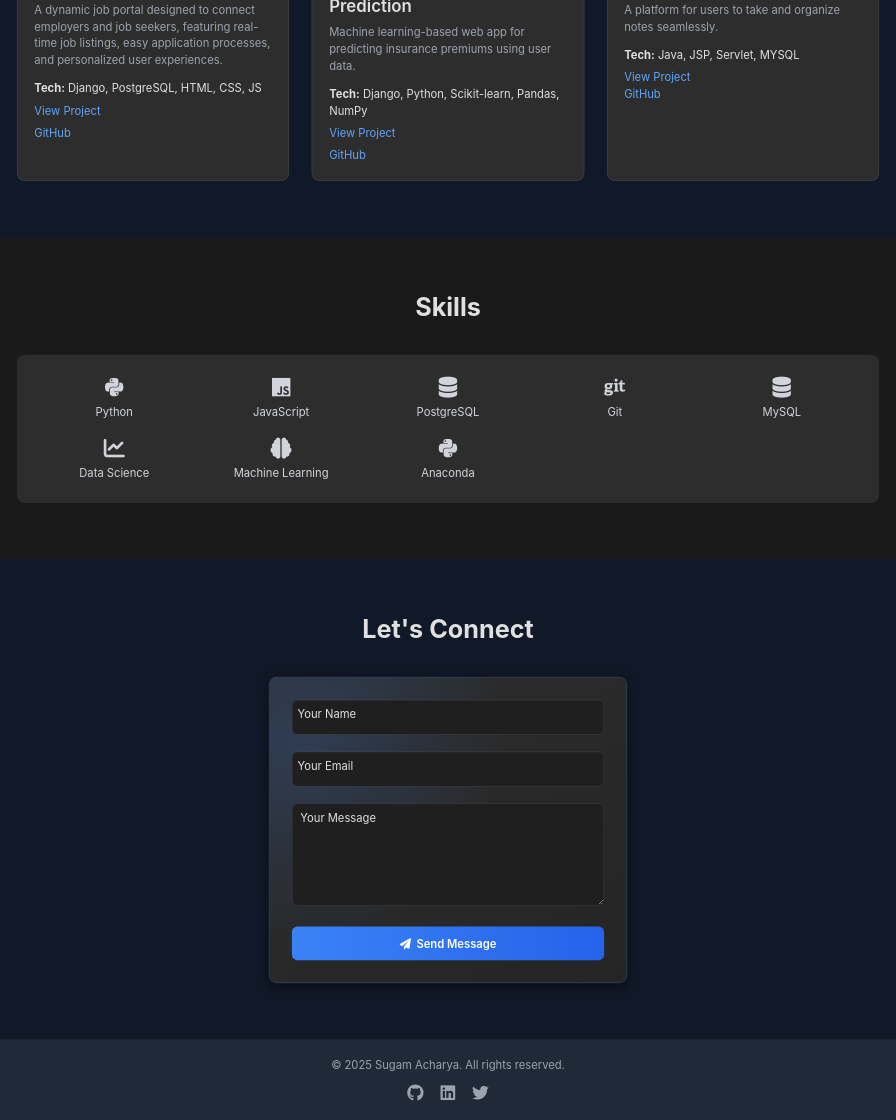
Repository: Sugaam0/Portfolio
Page: portfolio/home/templates/home/index.html
The author's editor kept a copy of each file at every save. The page is drawn from the files as they stood at one save, then again after the next save.
The browser window is 1280 px wide. The pictures show the part of the page from y = 1314 to 3234 px (the page is 2914 px tall before and 3234 px after), at 70% of full size.
The template is drawn by Django 5.2. The application's start-up code is not run. Other server files are loaded and not shown. The template is opened directly, without the code that normally fills it, so the values that code supplies are empty.

Above is the page before, as saved 2025-05-08 17:59:41.

### portfolio/home/templates/home/index.html
{% load static %}
<!DOCTYPE html>
<html lang="en">
<head>
  <meta charset="UTF-8" />
  <meta name="viewport" content="width=device-width, initial-scale=1.0"/>
  <title>| Sugam Acharya |</title>
  <link href="https://cdn.jsdelivr.net/npm/tailwindcss@2.2.19/dist/tailwind.min.css" rel="stylesheet"/>
  <link rel="stylesheet" href="https://cdnjs.cloudflare.com/ajax/libs/font-awesome/6.0.0-beta3/css/all.min.css"/>
  <link rel="stylesheet" href="{% static 'css/style.css' %}">
</head>
<body class="antialiased scroll-smooth">

{% include 	"home/navbar.html" %}
<!-- Hero Section -->
<section id="home" class="min-h-screen flex items-center justify-center pt-20">
  <div class="container mx-auto px-6 text-center">
    <h1 class="text-5xl font-bold mb-4">Aspiring Software Developer</h1>
    <p class="text-lg text-accent mb-4">
      <span id="typed-text" class="font-semibold">Building the web one line at a time.</span>
    </p>
    <p class="text-xl text-secondary mb-6">
      Eager to build innovative digital experiences and grow through hands-on projects and collaboration.
    </p>
    <p class="text-md text-secondary mb-8">
      Recently completed training in modern web technologies including Python, JavaScript, and Java.
    </p>
    <a href="#projects" class="btn-accent px-6 py-3 rounded-lg font-semibold">Explore My Work</a>
  </div>
</section>

<!-- About Section -->
<section id="about" class="py-20">
  <div class="container mx-auto px-6 max-w-4xl">
    <h2 class="text-4xl font-bold text-center mb-10">About Me</h2>
    <div class="section-bg p-8">
      <p class="text-lg leading-relaxed text-gray-300">
        Passionate coder focused on building efficient web solutions. Skilled in Python and Machine Learning, I'm eager to turn creative ideas into functional applications.
      </p>
    </div>
  </div>
</section>

<!-- Projects -->
<section id="projects" class="py-20 bg-gray-900">
    <div class="container mx-auto px-6">
      <h2 class="text-4xl font-bold text-center mb-12">Projects</h2>
      <div class="grid grid-cols-1 sm:grid-cols-2 lg:grid-cols-3 gap-8">
        <!-- Project Cards -->
        <div class="project-card section-bg p-6">
          <h3 class="text-2xl font-semibold mb-2">Job-Mania Job Portal</h3>
          <p class="text-gray-400 mb-4">A dynamic job portal designed to connect employers and job seekers, featuring real-time job listings, easy application processes, and personalized user experiences.</p>
          <p><strong>Tech:</strong> Django, PostgreSQL, HTML, CSS, JS</p>
          <a href="#" class="text-blue-400 hover:underline mt-2 inline-block">View Project</a><br>
          <a href="https://github.com/Sugaam0/JobMania-JobPortal" class="text-blue-400 hover:underline mt-2 inline-block" target="_blank">GitHub</a>
        </div>
        <div class="project-card section-bg p-6">
          <h3 class="text-2xl font-semibold mb-2">Insurance Premium Prediction</h3>
          <p class="text-gray-400 mb-4">Machine learning-based web app for predicting insurance premiums using user data.</p>
          <p><strong>Tech:</strong> Django, Python, Scikit-learn, Pandas, NumPy</p>
          <a href="#" class="text-blue-400 hover:underline mt-2 inline-block">View Project</a><br>
          <a href="https://github.com/Sugaam0/insurance-Premium-Prediction" class="text-blue-400 hover:underline mt-2 inline-block" target="_blank">GitHub</a>

        </div>
        <div class="project-card section-bg p-6">
            <h3 class="text-2xl font-semibold mb-2">E-notes Web App</h3>
            <p class="text-gray-400 mb-4">A platform for users to take and organize notes seamlessly.</p>
            <p><strong>Tech:</strong> Java, JSP, Servlet, MYSQL</p>
            <div class="mt-2">
                <a href="#" class="text-blue-400 hover:underline inline-block mr-4">View Project</a><br>
                <a href="https://github.com/Sugaam0/ProjectFinal-Online-Notepad" class="text-blue-400 hover:underline inline-block" target="_blank">GitHub</a>
            </div>
        </div>
      </div>
    </div>
  </section>


<!-- Skills -->
<section id="skills" class="py-20">
    <div class="container mx-auto px-6">
      <h2 class="text-4xl font-bold text-center mb-12">Skills</h2>
      <div class="section-bg p-8 grid grid-cols-2 md:grid-cols-5 gap-6 text-center text-gray-300">
        <div><i class="fab fa-python text-3xl mb-2 icon-hover"></i><p>Python</p></div>
        <div><i class="fab fa-js text-3xl mb-2 icon-hover"></i><p>JavaScript</p></div>
        <div><i class="fas fa-database text-3xl mb-2 icon-hover"></i><p>PostgreSQL</p></div>
        <div><i class="fab fa-git text-3xl mb-2 icon-hover"></i><p>Git</p></div>
        <div><i class="fas fa-database text-3xl mb-2 icon-hover"></i><p>MySQL</p></div>
        <div><i class="fas fa-chart-line text-3xl mb-2 icon-hover"></i><p>Data Science</p></div>
        <div><i class="fas fa-brain text-3xl mb-2 icon-hover"></i><p>Machine Learning</p></div>
        <div><i class="fab fa-python text-3xl mb-2 icon-hover"></i><p>Anaconda</p></div>
      </div>
    </div>
  </section>

<!-- Contact Section -->
<section id="contact" class="py-20 bg-gray-900">
  <div class="container mx-auto px-6">
    <h2 class="text-4xl font-bold text-center mb-12">Let's Connect</h2>
    <div class="contact-form p-8 max-w-lg mx-auto rounded-xl">
      <form action="{% url 'contact' %}" method="POST">
        {% csrf_token %}
        <div class="mb-6 relative">
          <input type="text" id="name" name="name" class="form-input w-full p-3 rounded-lg peer" placeholder=" " required>
          <label for="name" class="form-label absolute left-2 top-2 text-secondary">Your Name</label>
        </div>
        <div class="mb-6 relative">
          <input type="email" id="email" name="email" class="form-input w-full p-3 rounded-lg peer" placeholder=" " required>
          <label for="email" class="form-label absolute left-2 top-2 text-secondary">Your Email</label>
        </div>
        <div class="mb-6 relative">
          <textarea id="message" name="message" rows="5" class="form-input w-full p-3 rounded-lg peer" placeholder=" " required></textarea>
          <label for="message" class="form-label absolute left-3 top-2 text-secondary">Your Message</label>
        </div>
        <button type="submit" class="btn-accent w-full py-3 rounded-lg font-semibold flex items-center justify-center gap-2">
          <i class="fas fa-paper-plane"></i> Send Message
        </button>
      </form>
    </div>
  </div>
</section>

<!-- Footer -->
{% include "home/footer.html" %}
</body>
</html>

### portfolio/home/templates/home/navbar.html
<!-- Navbar -->
<nav class="navbar fixed top-0 w-full z-50">
    <div class="container mx-auto px-6 py-5 flex justify-between items-center">
      <a href="{% url 'index' %}" class="logo text-white">Sugam Acharya</a>
      <div class="space-x-6 text-sm font-medium">
        <a href="#about" class="nav-link">About</a>
        <a href="#projects" class="nav-link">Projects</a>
        <a href="#skills" class="nav-link">Skills</a>
        <a href="#contact" class="nav-link">Contact</a>
      </div>
    </div>
  </nav>

### portfolio/home/templates/home/footer.html
<footer class="bg-gray-800 py-6">
    <div class="container mx-auto px-6 text-center text-gray-400">
      <p>© 2025 Sugam Acharya. All rights reserved.</p>
      <div class="flex justify-center space-x-6 mt-4">
        <a href="https://github.com/Sugaam0" class="icon-hover" target="_blank"><i class="fab fa-github text-2xl"></i></a>
        <a href="https://www.linkedin.com/in/sugam-acharya-b1059a23b/" class="icon-hover" target="_blank"><i class="fab fa-linkedin text-2xl"></i></a>
        <a href="https://x.com/gaam_su" class="icon-hover" target="_blank"><i class="fab fa-twitter text-2xl"></i></a>
      </div>
    </div>
  </footer>

### portfolio/home/static/css/style.css
@import url('https://fonts.googleapis.com/css2?family=Poppins:wght@300;400;500;600&display=swap');

:root {
    --bg-primary: #1a1a1a;
    --bg-secondary: #2d2d2d;
    --text-primary: #e0e0e0;
    --text-secondary: #a0a0a0;
    --accent: #3b82f6;
    --accent-dark: #2563eb;
  }


  body {
    background-color: var(--bg-primary);
    color: var(--text-primary);
    font-family: 'Inter', sans-serif;
  }

   .navbar {
    background: linear-gradient(to bottom, var(--bg-secondary), rgba(45, 45, 45, 0.95));
    backdrop-filter: blur(8px);
    box-shadow: 0 2px 5px rgba(0, 0, 0, 0.3);
  }

  .nav-link {
    position: relative;
    padding-bottom: 0.25rem;
    transition: color 0.3s ease;
  }

  .nav-link::after {
    content: '';
    position: absolute;
    width: 0;
    height: 2px;
    bottom: 0;
    left: 0;
    background-color: var(--accent);
    transition: width 0.3s ease;
  }

  .nav-link:hover::after {
    width: 100%;
  }

  .nav-link:hover {
    color: var(--accent);
  }

  .logo {
    font-size: 1.75rem;
    font-weight: 800;
    letter-spacing: 0.05em;
    transition: transform 0.3s ease, color 0.3s ease;
  }

  .logo:hover {
    transform: scale(1.05);
    color: var(--accent);
  }

  .section-bg {
    background-color: var(--bg-secondary);
    border-radius: 0.75rem;
    transition: background-color 0.3s ease;
  }

  .section-bg:hover {
    background-color: #353535;
  }

  .btn-accent {
    background: linear-gradient(to right, var(--accent), var(--accent-dark));
    color: white;
    position: relative;
    overflow: hidden;
    transition: background 0.3s ease;
  }

  .btn-accent::before {
    content: '';
    position: absolute;
    top: 0;
    left: -100%;
    width: 100%;
    height: 100%;
    background: linear-gradient(90deg, transparent, rgba(255, 255, 255, 0.2), transparent);
    transition: 0.5s;
  }

  .btn-accent:hover::before {
    left: 100%;
  }

  .btn-accent:hover {
    background: linear-gradient(to right, var(--accent-dark), var(--accent));
  }

  .project-card {
    transition: transform 0.3s ease, box-shadow 0.3s ease, border-color 0.3s ease;
    border: 1px solid rgba(255, 255, 255, 0.1);
  }

  .project-card:hover {
    transform: translateY(-6px);
    box-shadow: 0 6px 25px rgba(0, 0, 0, 0.6);
    border-color: var(--accent);
  }

  .icon-hover {
    transition: transform 0.3s ease, color 0.3s ease;
  }

  .icon-hover:hover {
    transform: scale(1.2);
    color: var(--accent);
  }

  /* Enhanced Contact Form Styles */
      .contact-form {
          background: linear-gradient(145deg, var(--bg-secondary), #252525);
          border: 1px solid rgba(59, 130, 246, 0.3);
          box-shadow: 0 4px 15px rgba(0, 0, 0, 0.5);
          position: relative;
          overflow: hidden;
      }

      .contact-form::before {
          content: '';
          position: absolute;
          top: 0;
          left: 0;
          width: 100%;
          height: 100%;
          background: radial-gradient(circle at 10% 20%, rgba(59, 130, 246, 0.2) 0%, transparent 50%);
          pointer-events: none;
      }

      .form-input {
          background-color: #1f1f1f;
          border: 1px solid rgba(255, 255, 255, 0.1);
          transition: border-color 0.3s ease, box-shadow 0.3s ease;
      }

      .form-input:focus {
          border-color: var(--accent);
          box-shadow: 0 0 8px rgba(59, 130, 246, 0.3);
          outline: none;
      }

      .form-label {
          transition: color 0.3s ease;
      }

      .form-input:focus + .form-label,
      .form-input:not(:placeholder-shown) + .form-label {
          color: var(--accent);
          transform: translateY(-1.5rem);
          font-size: 0.8rem;
      }

      ::selection {
          background: var(--accent);
          color: white;
      }

After the next save:
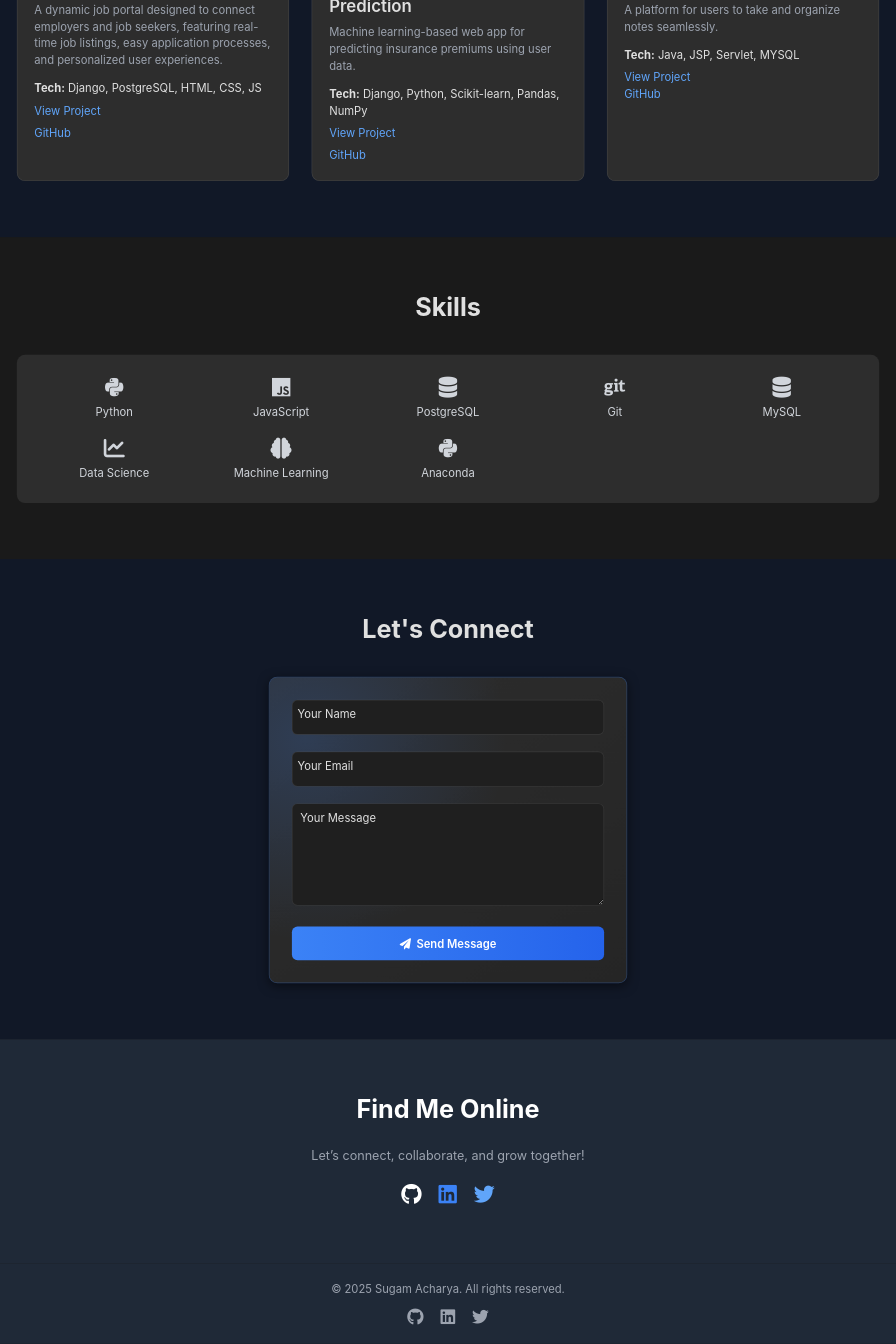
Saved 3 min 43 s later.
--- a/portfolio/home/templates/home/index.html
+++ b/portfolio/home/templates/home/index.html
@@ -120,6 +120,27 @@
   </div>
 </section>
 
+<!-- Find Me Section -->
+<section id="findme" class="py-20 bg-gray-800">
+    <div class="container mx-auto px-6 text-center">
+      <h2 class="text-4xl font-bold text-white mb-8">Find Me Online</h2>
+      <p class="text-gray-400 text-lg mb-6">Let’s connect, collaborate, and grow together!</p>
+
+      <div class="flex justify-center gap-6 text-3xl">
+        <a href="https://github.com/Sugaam0" target="_blank" class="text-white hover:text-gray-400 transition-transform transform hover:scale-110">
+          <i class="fab fa-github"></i>
+        </a>
+        <a href="https://www.linkedin.com/in/sugamacharya/" target="_blank" class="text-blue-500 hover:text-blue-300 transition-transform transform hover:scale-110">
+          <i class="fab fa-linkedin"></i>
+        </a>
+        <a href="https://twitter.com/your_twitter" target="_blank" class="text-blue-400 hover:text-blue-200 transition-transform transform hover:scale-110">
+          <i class="fab fa-twitter"></i>
+        </a>
+      </div>
+    </div>
+  </section>
+
+
 <!-- Footer -->
 {% include "home/footer.html" %}
 </body>
